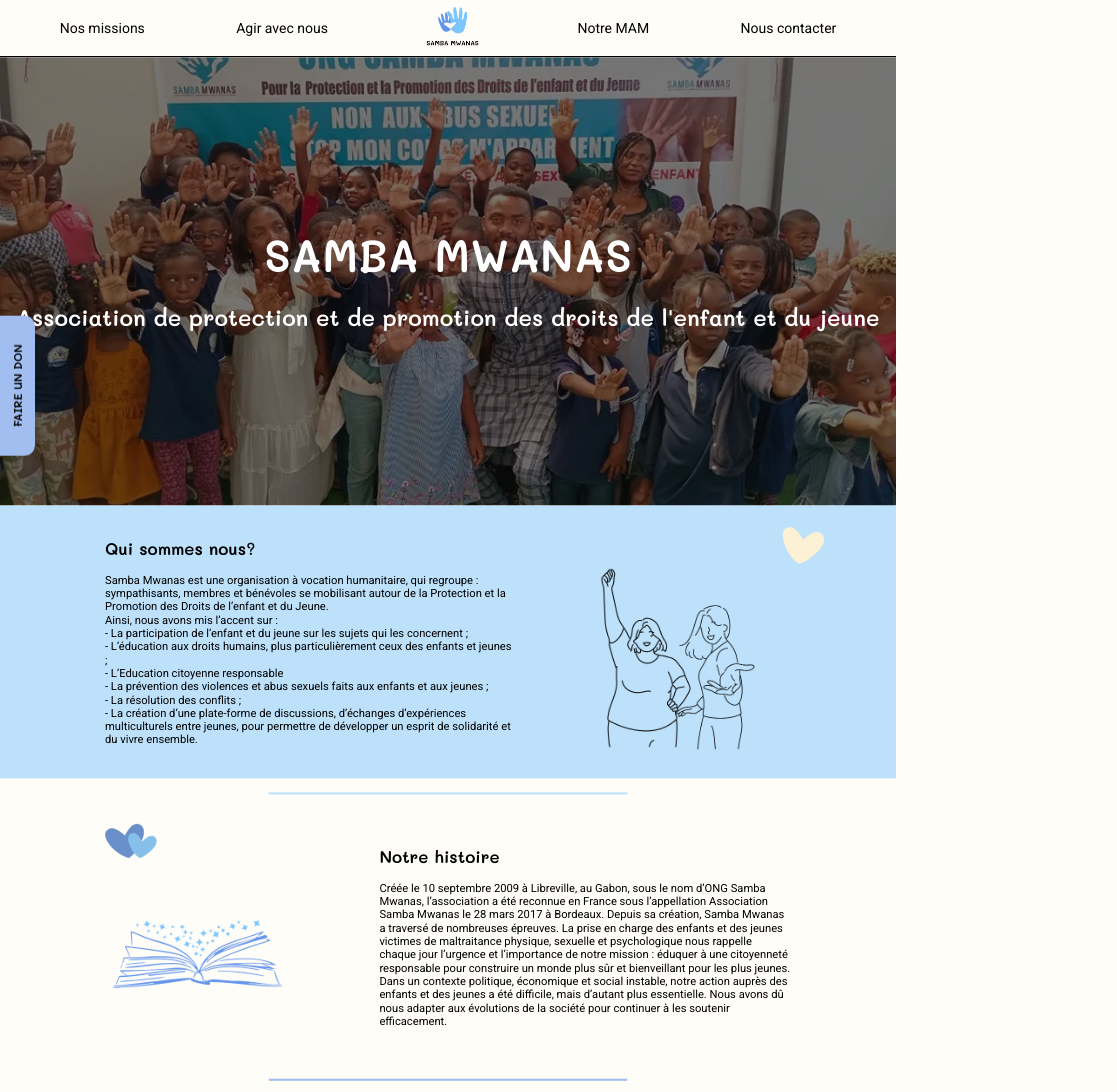
Repository: Danie-lDasilva/Samba-Mwanas
Page: index.html
An editor plug-in stored every save of this project. The page is shown before and after the next save, followed by the edit.
The browser window is 1280 px wide. The page is 1280 px wide, then 1595 px, so the pictures cover 1595 px, including what lies to the right of the window. The pictures show the part of the page from y = 0 to 1560 px (the page is 3317 px tall), at 70% of full size.

Above is the page before, as saved 2025-03-07 12:31:04.

After the next save:
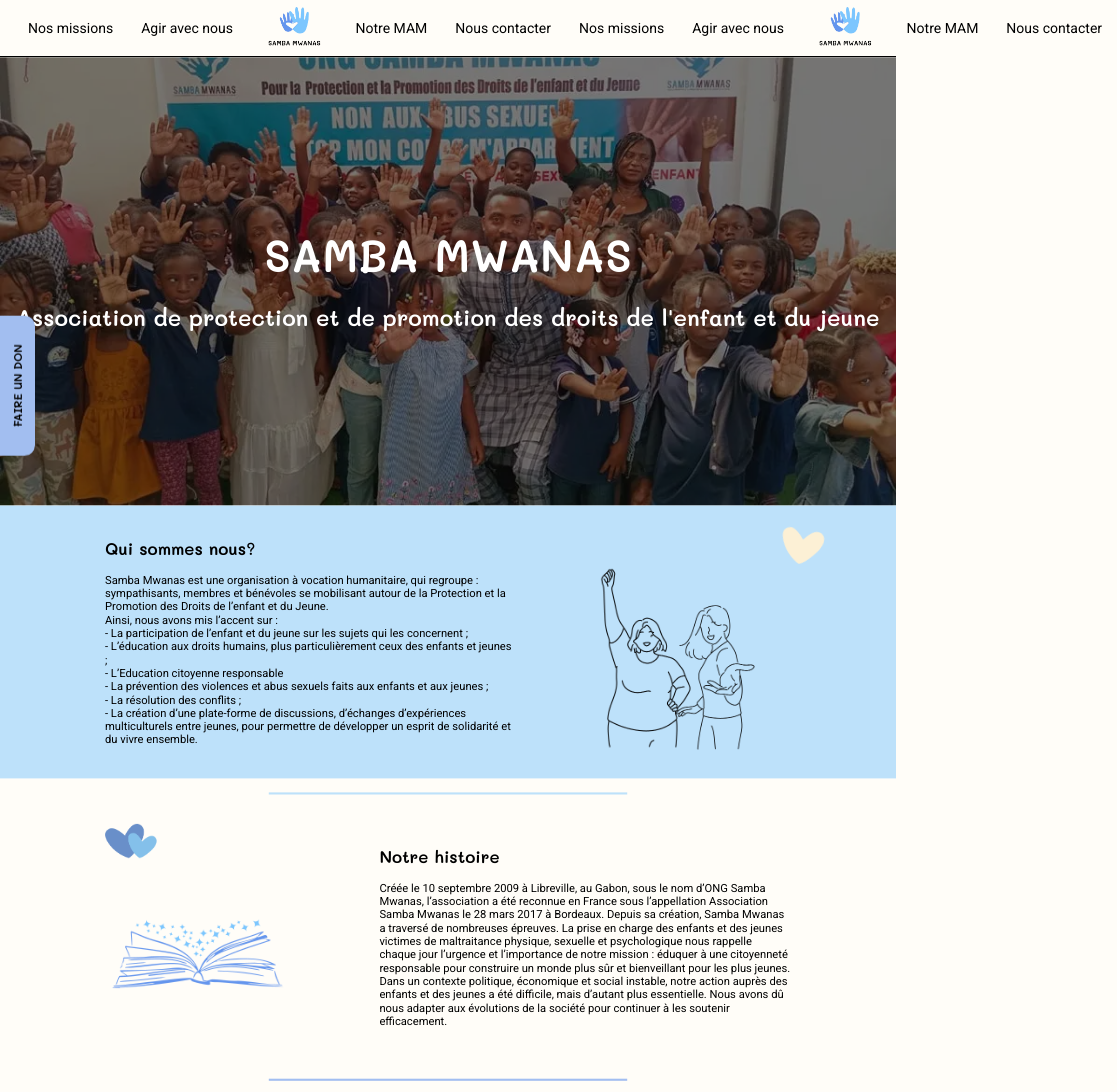
Saved 2 min 28 s later.
--- a/index.html
+++ b/index.html
@@ -13,6 +13,28 @@
 </head>
 <body>
     <header>
+        <nav>
+            <ul>
+                <li>
+                    <a href="Nos missions.html">Nos missions</a>
+                </li>
+                <li>
+                    <a href="Agir avec nous.html">Agir avec nous</a>
+                </li>
+                <li class="Logo">
+                    <a href="index.html">
+                        <img src="assets/img/Fichier 2.png" alt="Logo Samba Mwanas, retour à l'accueil">
+                    </a>
+                </li>
+                <li>
+                    <a href="Notre MAM.html">Notre MAM</a>
+                </li>
+                <li>
+                    <a href="Nous contacter.html">Nous contacter</a>
+                </li>
+            </ul>
+        </nav>
+
         <nav>
             <ul>
                 <li>
